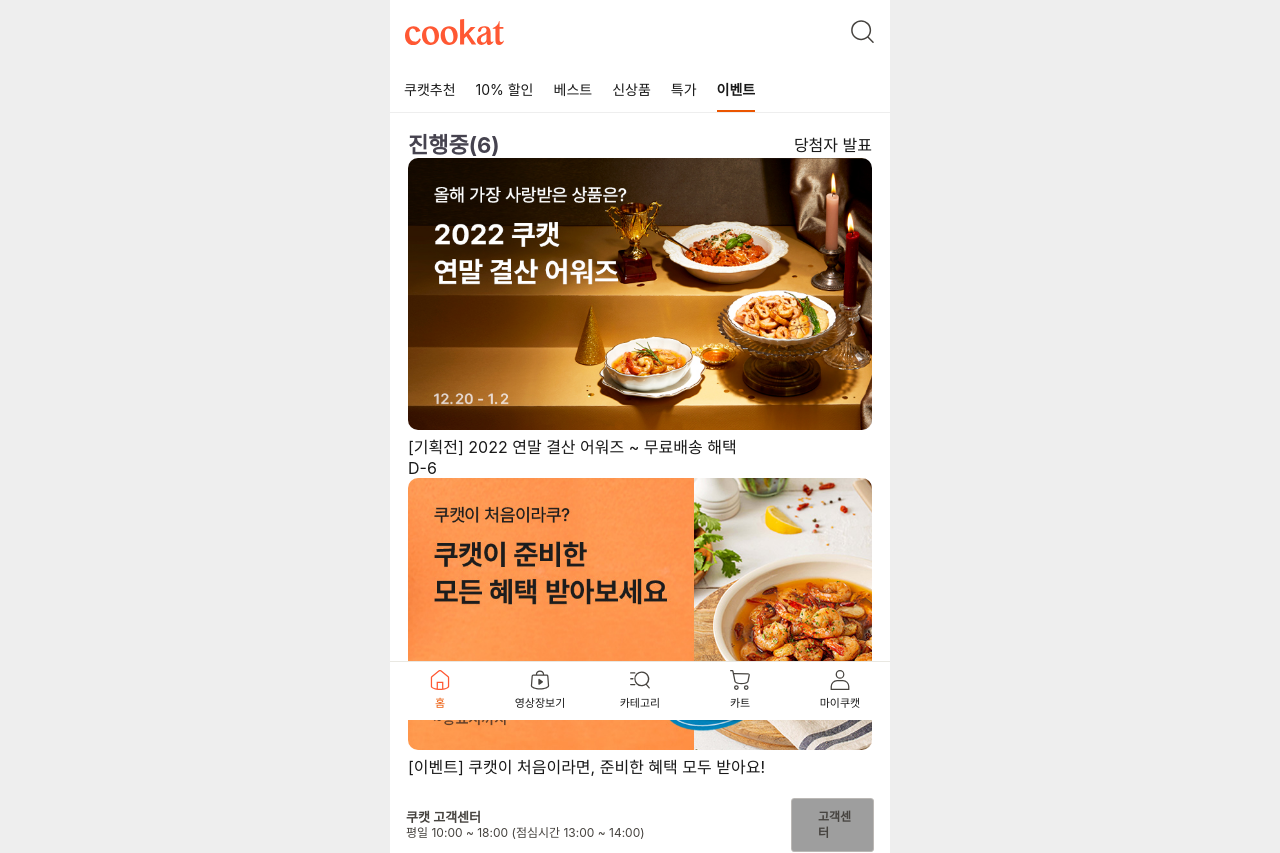
Repository: CooKat/Cookat
Page: event.html
These files come from the project's save history. The page is drawn as it stood at one moment and after the next save; the edit follows.
The browser window is 1280 px wide. The pictures show the part of the page from y = 0 to 853 px (the page is 1642 px tall before and 1707 px after).
Pictures or frames that could not be fetched are drawn as grey boxes. A picture or video elsewhere on the page could not be fetched, so the positions and the page height are approximate. Some web fonts or font styles are not loaded; a fallback is used.

Above is the page before, as saved 2022-12-27 20:41:54.
Not found: js/ex1.js

After the next save:
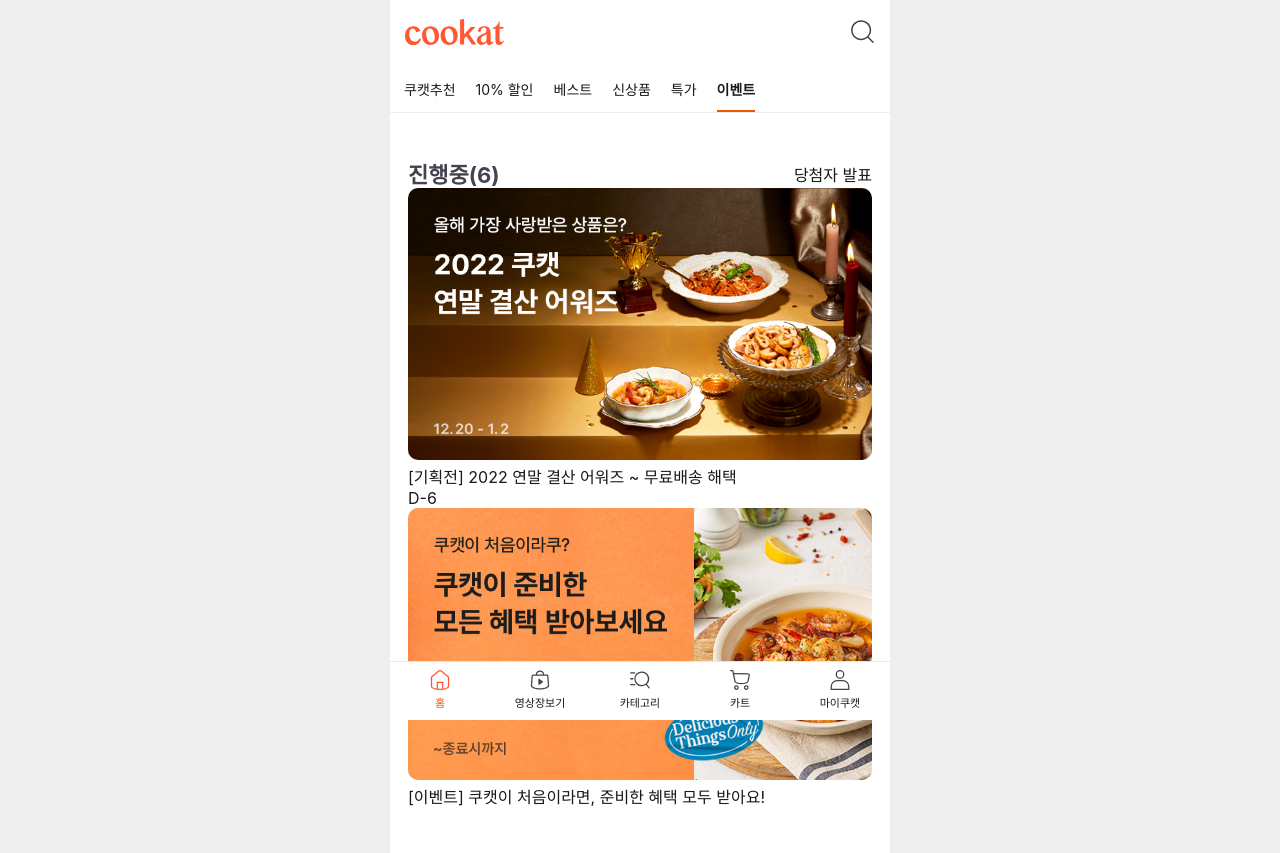
Saved 23 s later.
--- a/css/event.css
+++ b/css/event.css
@@ -2,7 +2,7 @@
   padding: 0 18px;
 }
 .event{
-  margin: 20px 0 15px 0;
+  margin: 50px 0;
 }
 
 .event-ing{
